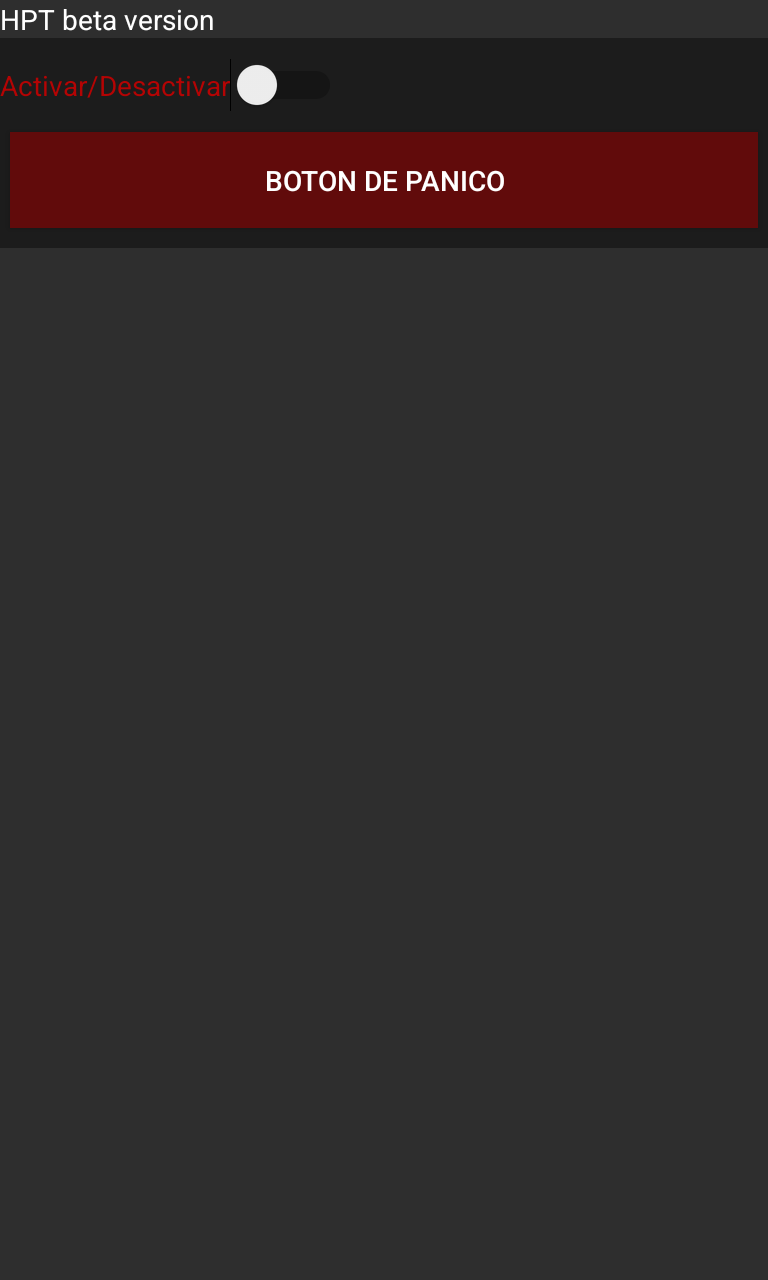
Repository: aludena18/android_apps
Layout: HunterPersonalTrack/res/layout/activity_main.xml
The author's editor kept a copy of each file at every save. The layout is drawn from the files as they stood at one save, then again after the next save.
It is drawn on a 768 x 1280 px phone screen (xhdpi) without system bars, with theme AppTheme; the app's code is not run.

Above is the layout before, as saved 2015-10-15 21:43:36.

### HunterPersonalTrack/res/layout/activity_main.xml
<LinearLayout xmlns:android="http://schemas.android.com/apk/res/android"
    xmlns:tools="http://schemas.android.com/tools"
    android:layout_width="match_parent"
    android:layout_height="match_parent"
    android:orientation="vertical"
    android:background="#2E2E2E"
    tools:context="com.alg.hunterpersonaltrack.MainActivity" >

    <TextView
        android:layout_width="wrap_content"
        android:layout_height="wrap_content"
        android:textColor="#FFFFFF"
        android:text="@string/hello_world" />

    <LinearLayout
        android:layout_width="match_parent"
        android:layout_height="wrap_content"
        android:orientation="vertical"
        android:background="#1C1C1C">

        <Switch
	        android:id="@+id/swtOnOff"
    	    android:layout_width="wrap_content"
        	android:layout_height="wrap_content"
        	android:layout_marginTop="10dp"
       		android:layout_marginBottom="10dp"
        	android:textColor="#B40404"
        	android:text="@string/etqSwtOnOff" />

	    <Button
    	    android:id="@+id/btnPanico"
        	android:layout_width="match_parent"
	        android:layout_height="wrap_content"
        	android:layout_marginLeft="5dp"
        	android:layout_marginRight="5dp"
        	android:layout_marginBottom="10dp"
        	android:background="#610B0B"
        	android:textColor="#FFFFFF"
        	android:text="@string/etqBtnPanico"/>

    </LinearLayout>



</LinearLayout>

### HunterPersonalTrack/res/values/strings.xml
<?xml version="1.0" encoding="utf-8"?>
<resources>

    <string name="app_name">Hunter Personal Track</string>
    <string name="hello_world">HPT beta version</string>
    <string name="action_settings">Settings</string>

    <string name="etqSwtOnOff">Activar/Desactivar</string>
    <string name="etqBtnPanico">Boton de Panico</string>

</resources>

Loaded but not shown: HunterPersonalTrack/res/values/styles.xml (common file); HunterPersonalTrack/res/values-v11/styles.xml (common file); HunterPersonalTrack/res/values-v14/styles.xml (common file)

After the next save:
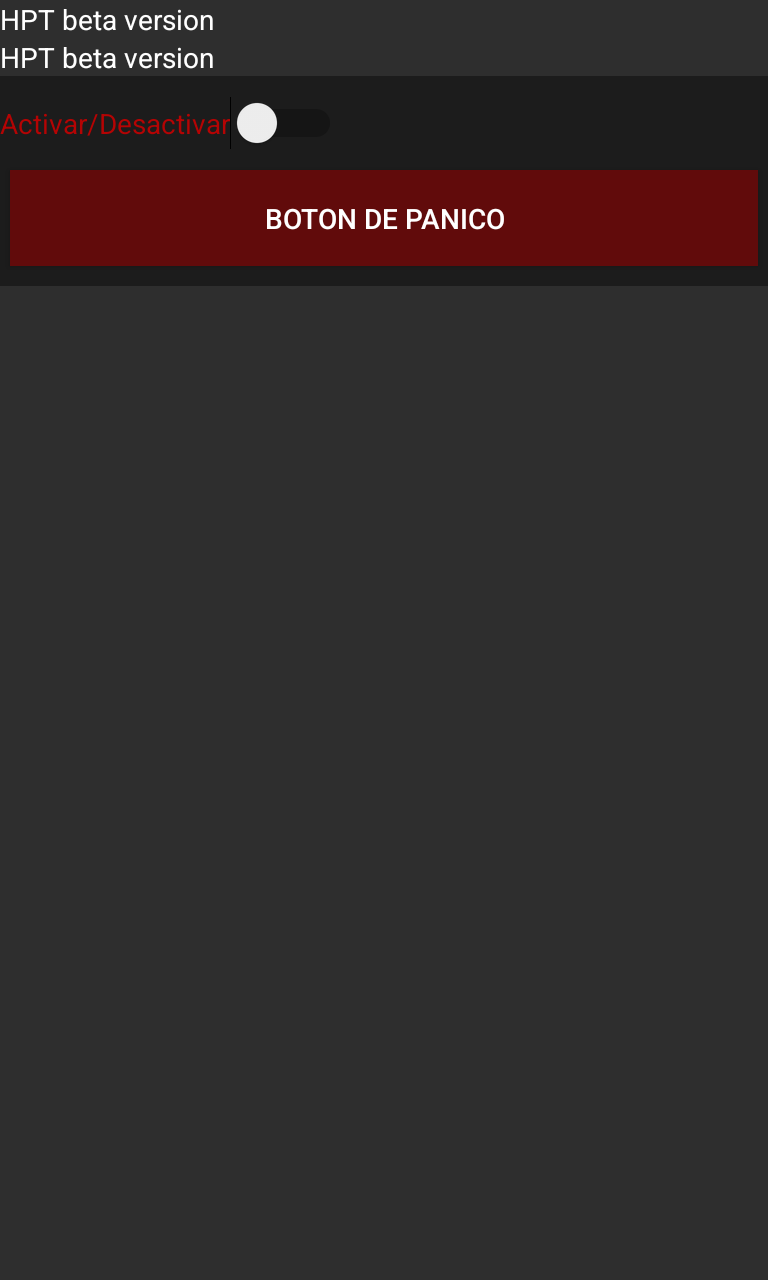
Saved 66 min 12 s later.
--- a/HunterPersonalTrack/res/layout/activity_main.xml
+++ b/HunterPersonalTrack/res/layout/activity_main.xml
@@ -7,6 +7,13 @@
     tools:context="com.alg.hunterpersonaltrack.MainActivity" >
 
     <TextView
+        android:layout_width="wrap_content"
+        android:layout_height="wrap_content"
+        android:textColor="#FFFFFF"
+        android:text="@string/hello_world" />
+
+    <TextView
+        android:id="@+id/txvMensaje"
         android:layout_width="wrap_content"
         android:layout_height="wrap_content"
         android:textColor="#FFFFFF"
